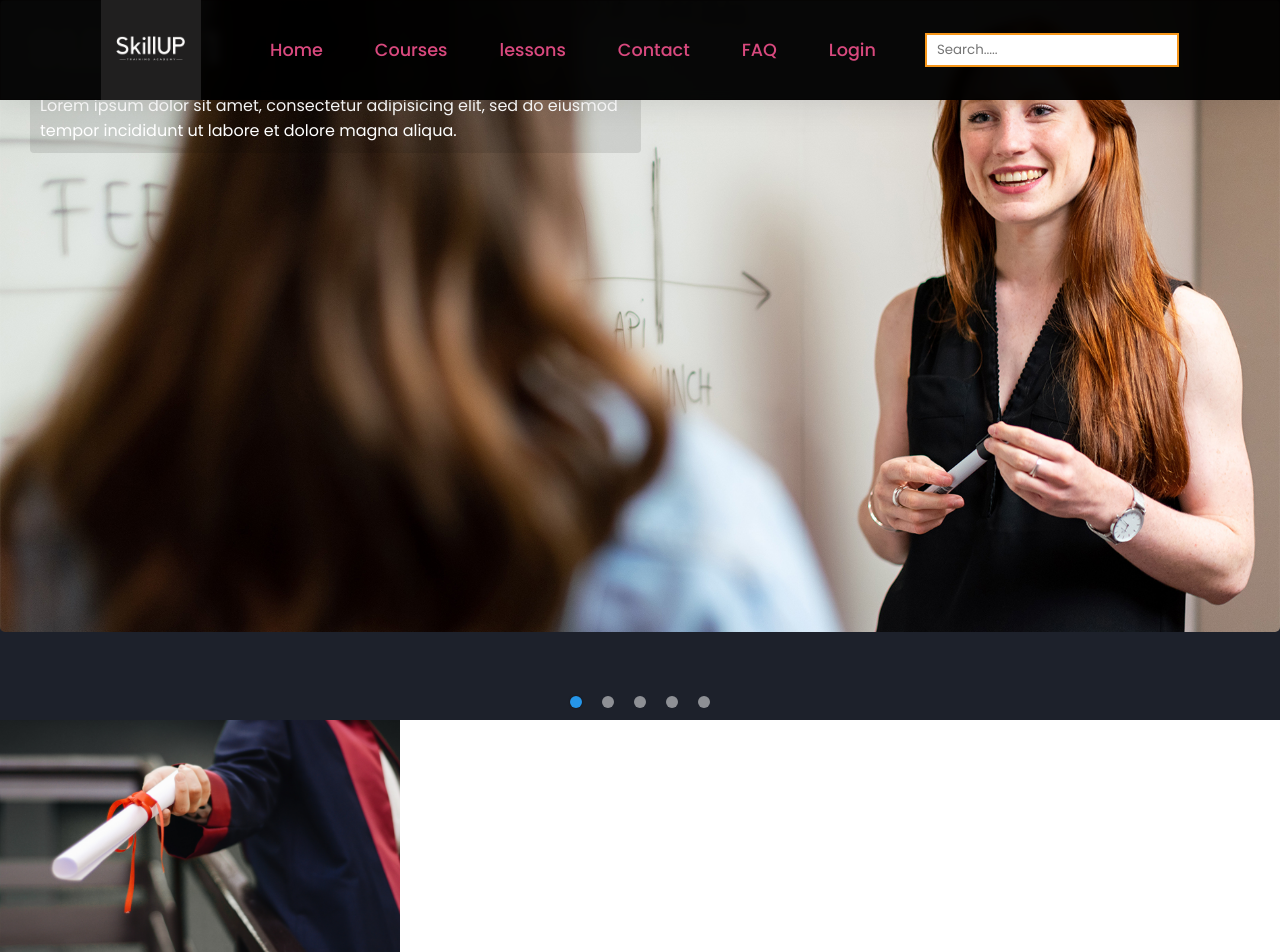
Repository: 2tzz/SkillUp-Academy
Page: home.html
The author's editor kept a copy of each file at every save. The page is drawn from the files as they stood at one save, then again after the next save.
The browser window is 1280 px wide. The pictures show the part of the page from y = 0 to 952 px (the page is 1639 px tall before and 3196 px after).
A picture or video elsewhere on the page could not be fetched, so the positions and the page height are approximate. Some web fonts or font styles are not loaded; a fallback is used.

Above is the page before, as saved 2022-10-22 19:43:04.

After the next save:
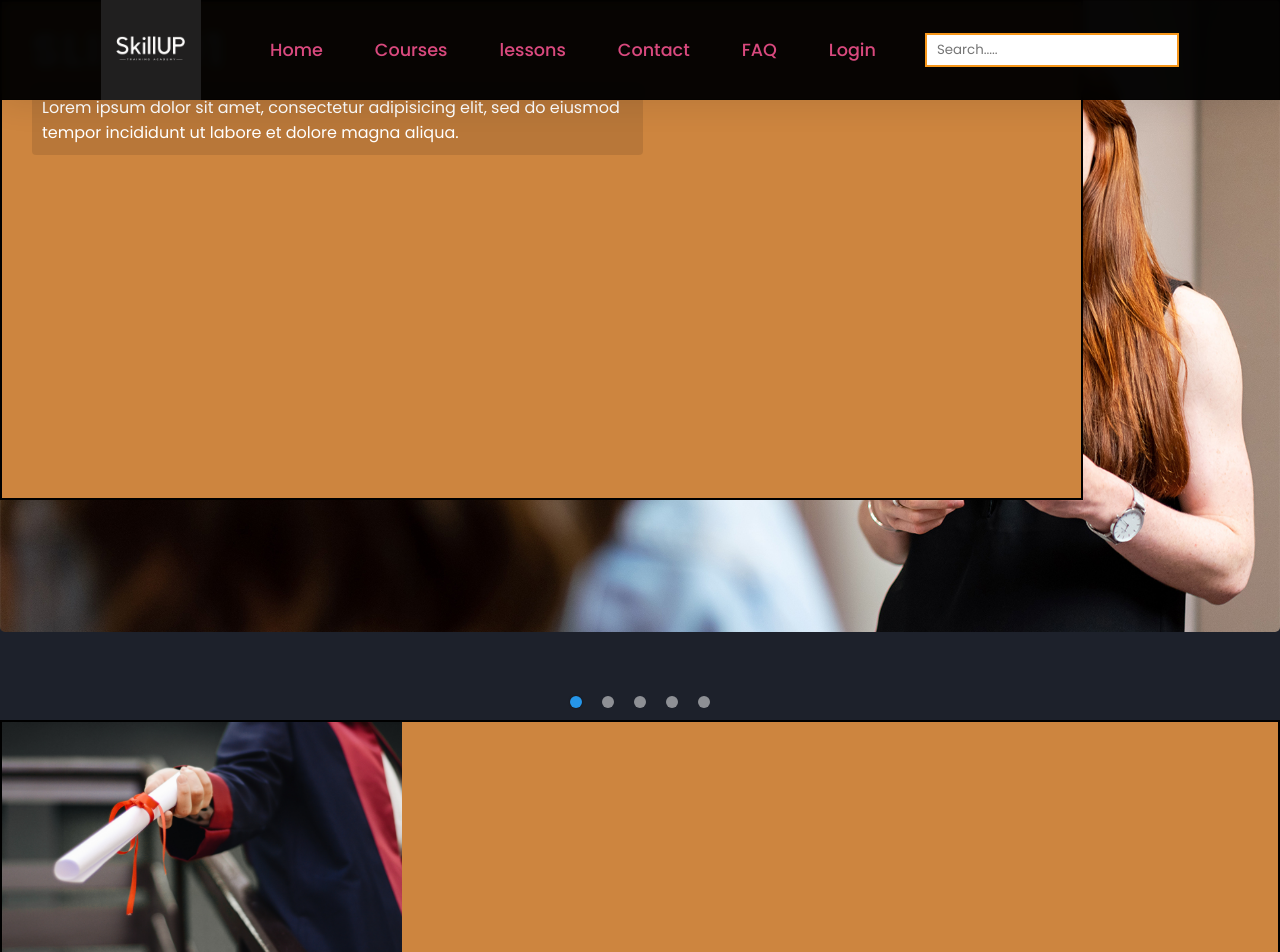
Saved 66 s later.
--- a/CSS/home.css
+++ b/CSS/home.css
@@ -38,7 +38,7 @@ body{
 }
 
 .img-slider .slide{
-    position: absolute;
+    position: relative;
   z-index: 1;
   width: 100%;
   clip-path: circle(0% at 0 50%);
@@ -203,20 +203,40 @@ position: relative;
     padding-top: 20px;
   }
 
-  .left {
+.left {
     left: 0;
     background-color: #111;
   }
 
-  .right {
+.right {
     right: 0;
     background-color: red;
   }
 
-  .centered {
+.centered {
     position: absolute;
     top: 50%;
     left: 50%;
     transform: translate(-50%, -50%);
     text-align: center;
   }
+
+.bgImg{
+    width:fit-content;
+    height:fit-content;
+
+    background-repeat: no-repeat;
+    background-size:contain;
+    border: 1px solid red;
+}
+
+.info{
+height: 500px;
+background-color: peru;
+border: 2px solid black;
+}
+
+.info_row{
+display: flex;
+flex-wrap: wrap;
+}
